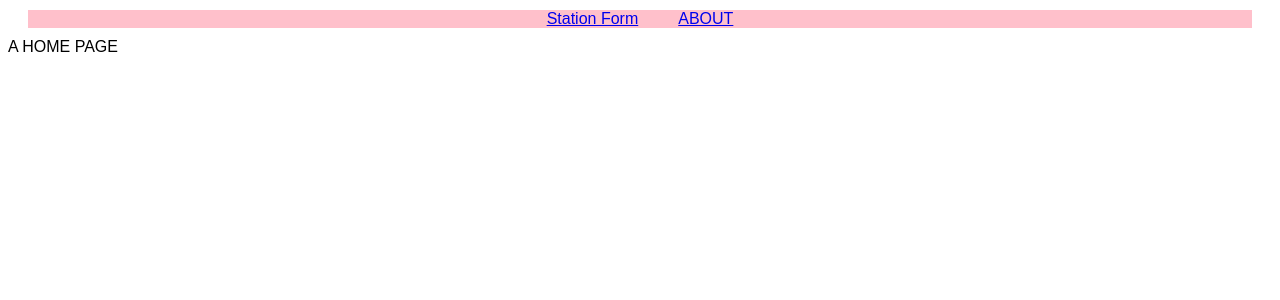
Repository: rutsguifd/mkr2
Page: /
These files come from the project's save history. The page is drawn as it stood at one moment and after the next save; the edit follows.
The browser window is 1280 px wide. The pictures show the whole page.
The project was rebuilt for these pictures with package versions that can differ from the ones it lists, and the page was loaded fresh each time. Also part of the build but not shown: src/views/About.vue, src/components/TripCard.vue, src/views/StationForm.vue.

Above is the page before, as saved 2021-12-21 19:54:10.

### src/App.vue
<template>
  <div>
    <router-view />
  </div>
</template>

<script>
  export default {

  }
</script>

<style lang="scss" scoped>

</style>

### src/router/index.js
import { createRouter, createWebHashHistory } from 'vue-router'
import Home from '../views/Home.vue'
import About from '../views/About.vue'
import StationForm from '../views/StationForm.vue'


const routes = [
  {
    path: '/',
    name: 'Home',
    component: Home
  },
  {
    path: '/about',
    name: 'About',
    component: About
  },
  {
    path: '/station-form',
    name: 'StationForm',
    component: StationForm
  }
]

const router = createRouter({
  history: createWebHashHistory(),
  routes
})

export default router

### src/store/index.js
import { createStore } from 'vuex'

export default createStore({
  state: {
    tripInfo: [
      {
        tripStart: "Uzh",
        tripEnd: "Muk",
        tripDuration: "1 hour",
        tripPrice: "500",
        vehicle: "Bus"
      },
      {
        tripStart: "Kiev",
        tripEnd: "Muk",
        tripDuration: "2 hours",
        tripPrice: "1000",
        vehicle: "Train"
      },
      {
        tripStart: "Lviv",
        tripEnd: "Uzh",
        tripDuration: "1.5 hours",
        tripPrice: "500",
        vehicle: "Bus"
      }
    ]
  },
  mutations: {
  },
  actions: {
  },
  getters: {
    AllTrips(state) {
      return state.tripInfo
    }
  }
})

### src/views/Home.vue
<template>
  <div>
    <Header />
    A HOME PAGE
  </div>
</template>

<script>
import Header from '../components/Header.vue'
  export default {
    name: "Home",
    components: {
      Header
    }
  }
</script>

<style lang="scss" scoped>
* {
  margin: 0;
  padding: 0;
  box-sizing: border-box;
  font-family: "Fira Sans", sans-serif;
}
</style>

### src/components/Header.vue
<template>
  <div class="header">
    <span><router-link to="/station-form">Station Form</router-link></span>
    <span><router-link to="/about">ABOUT</router-link></span>
  </div>
</template>

<script>
export default {};
</script>

<style lang="scss" scoped>
.header{
    text-align: center;
    margin: 10px 20px;
    background: pink;
    span{
        margin: 0px 20px;
    }
}
</style>

Loaded but not shown: public/index.html (common file); src/main.js (common file)

After the next save:
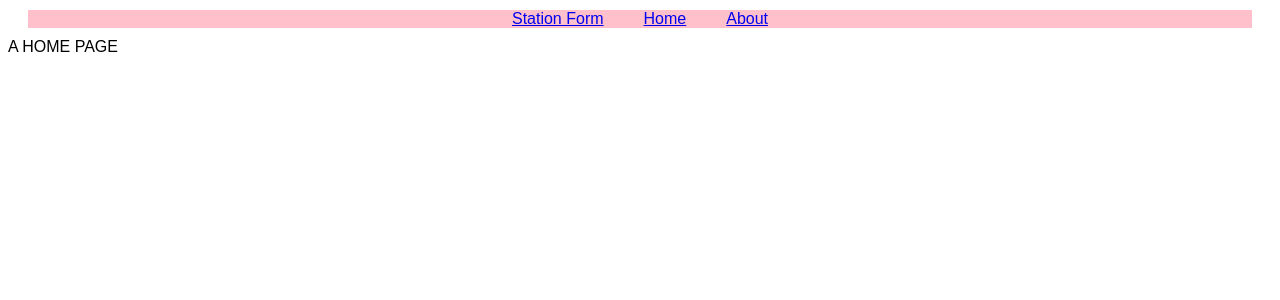
Saved 49 s later.
--- a/src/components/Header.vue
+++ b/src/components/Header.vue
@@ -1,7 +1,8 @@
 <template>
   <div class="header">
     <span><router-link to="/station-form">Station Form</router-link></span>
-    <span><router-link to="/about">ABOUT</router-link></span>
+    <span><router-link to="/">Home</router-link></span>
+    <span><router-link to="/about">About</router-link></span>
   </div>
 </template>
 
